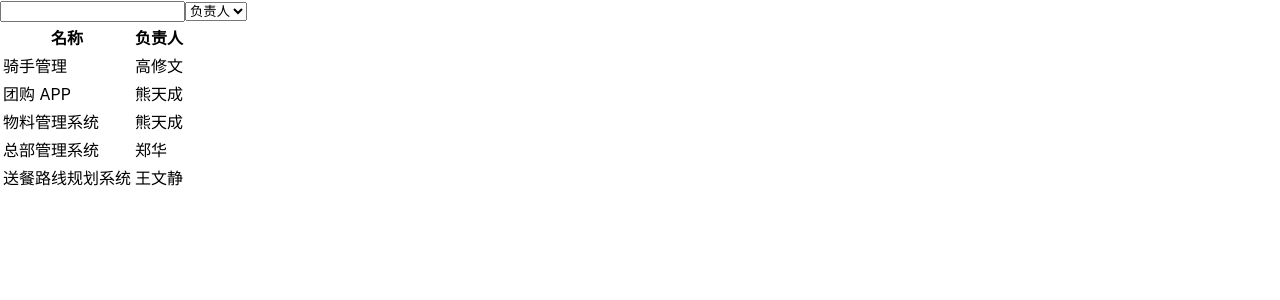
Repository: ryansbeans/react-jira
Page: /
The author's editor kept a copy of each file at every save. The page is drawn from the files as they stood at one save, then again after the next save.
The browser window is 1280 px wide. The pictures show the whole page.
The project was rebuilt for these pictures with package versions that can differ from the ones it lists, and the page was loaded fresh each time. Requests to the local data server were answered from the project's data file.

Above is the page before, as saved 2021-07-04 21:24:15.

After the next save:
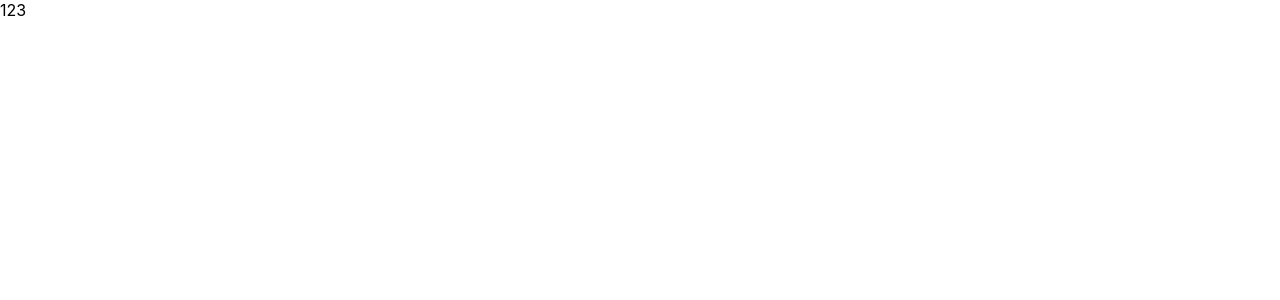
Saved 2 min 22 s later.
--- a/src/App.tsx
+++ b/src/App.tsx
@@ -1,10 +1,9 @@
 import React from 'react';
 import logo from './logo.svg';
-import { ProjectListScreen } from './screens/project-list/index'
 function App() {
   return (
     <div className="App">
-      <ProjectListScreen />
+123
     </div>
   );
 }

After the save that followed:
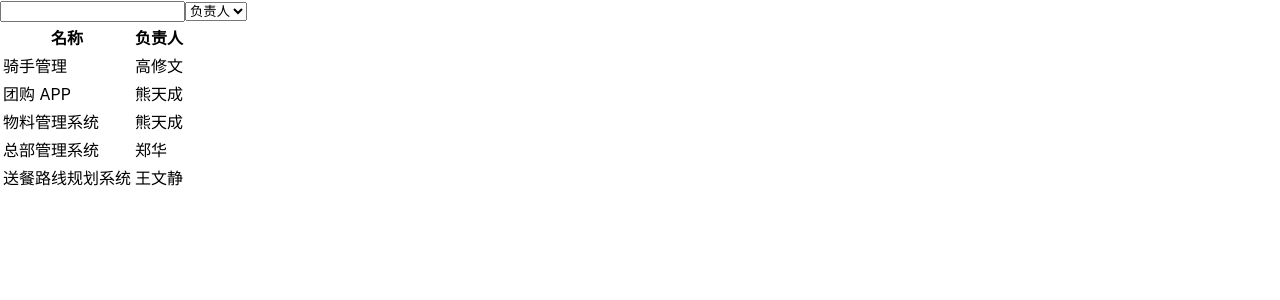
Saved 94 s later.
--- a/src/App.tsx
+++ b/src/App.tsx
@@ -1,9 +1,10 @@
 import React from 'react';
 import logo from './logo.svg';
+import { ProjectListScreen } from './screens/project-list/index'
 function App() {
   return (
     <div className="App">
-123
+      <ProjectListScreen />
     </div>
   );
 }
